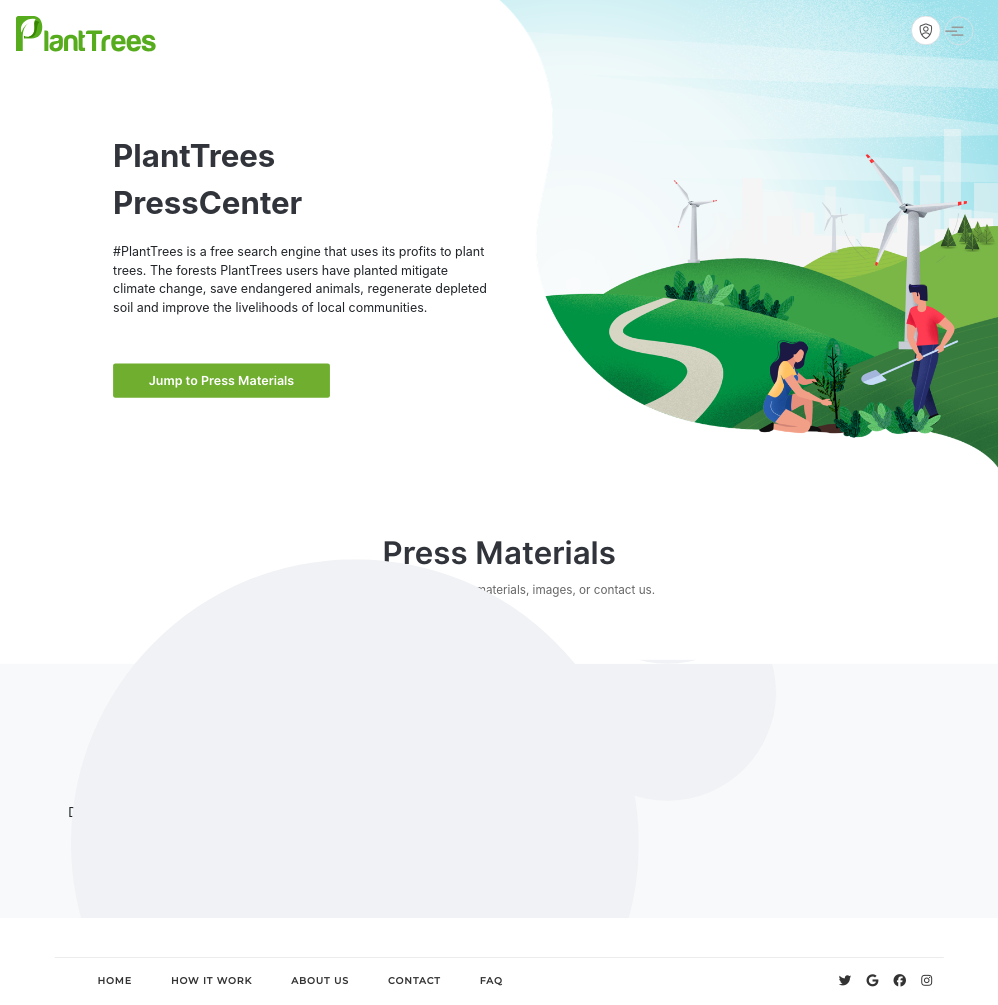
Repository: caothaito/b6g6
Page: bogo/privacy.html
These files come from the project's save history. The page is drawn as it stood at one moment and after the next save; the edit follows.
The browser window is 1280 px wide. The pictures show the whole page, at 78% of full size.
Some web libraries are served in a nearby version. The style sheet was rebuilt from its Sass, Less or Tailwind sources for each picture, by a compiler version that may differ from the author's.

Above is the page before, as saved 2020-09-11 11:28:01.

After the next save:
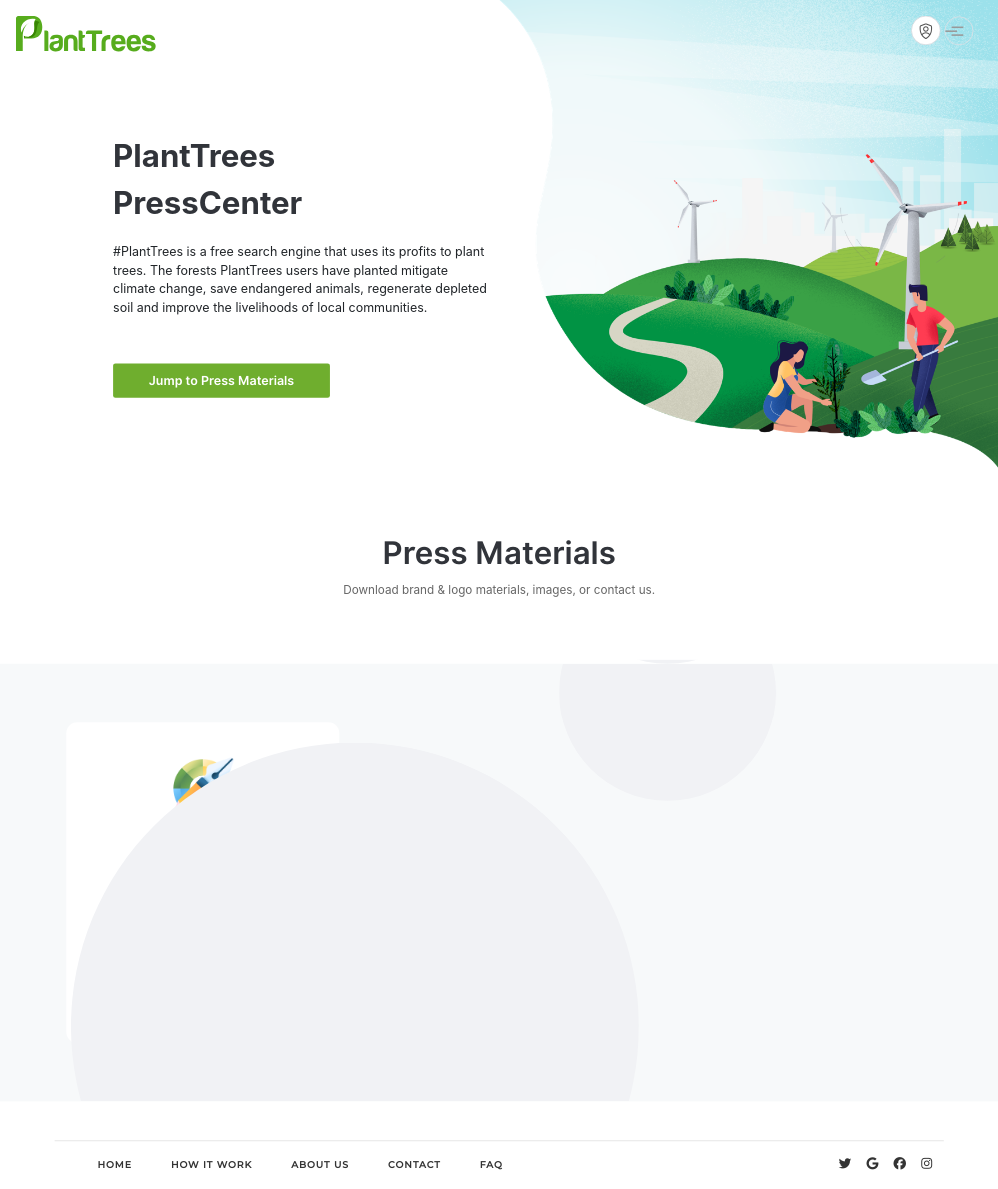
Saved 7 s later.
--- a/bogo/assets/css/media.scss
+++ b/bogo/assets/css/media.scss
@@ -141,8 +141,8 @@
             height: 460px;
             background-image: url(../images/oval-md@2x.svg);
         }
-        .plant-trees-flex{
-             .plant-pressMaterial-item {
+
+        .plant-pressMaterial-item {
             z-index: 5;
             height: 100%;
             cursor: pointer;
@@ -185,7 +185,5 @@
                 font-size: 15px;
             }
         }
-        }
-
     }
 }

After the save that followed:
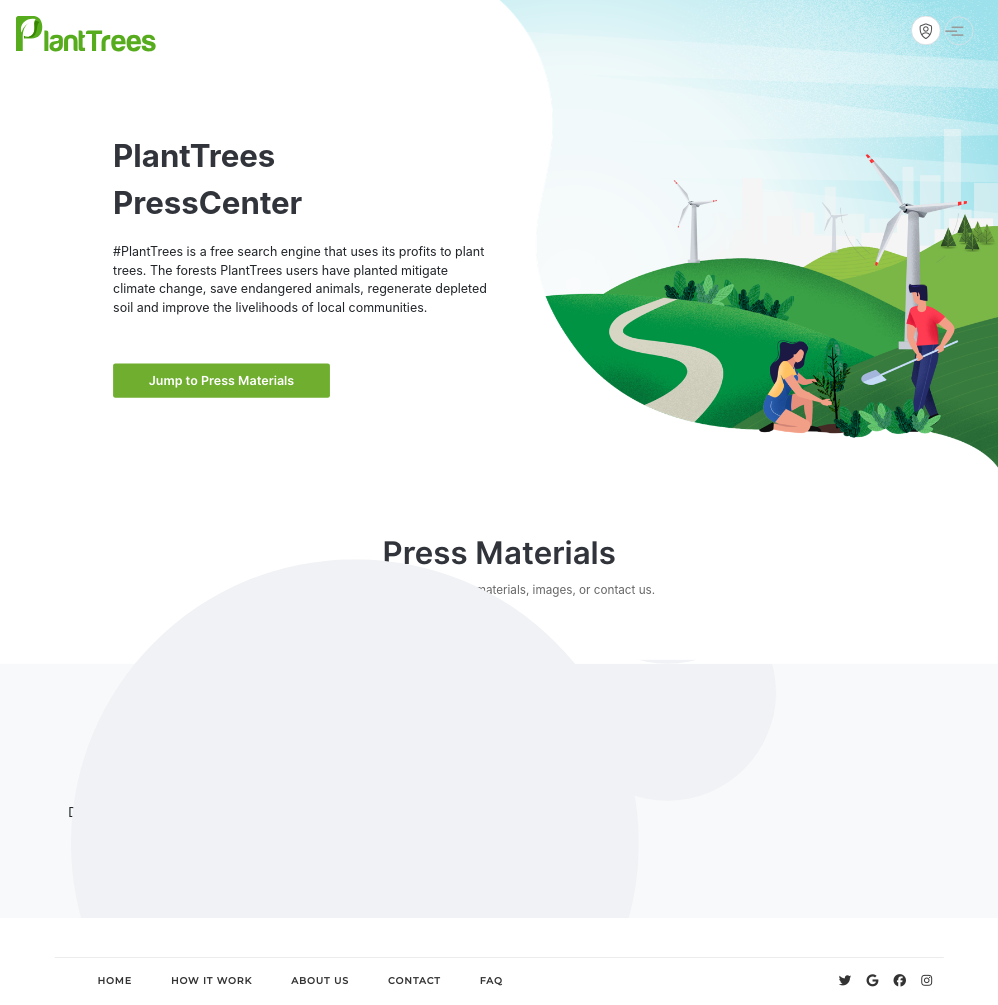
Saved 2 min 4 s later.
--- a/bogo/assets/css/media.scss
+++ b/bogo/assets/css/media.scss
@@ -141,8 +141,8 @@
             height: 460px;
             background-image: url(../images/oval-md@2x.svg);
         }
-
-        .plant-pressMaterial-item {
+        .plant-trees-flex{
+             .plant-pressMaterial-item {
             z-index: 5;
             height: 100%;
             cursor: pointer;
@@ -185,5 +185,7 @@
                 font-size: 15px;
             }
         }
+        }
+
     }
 }
